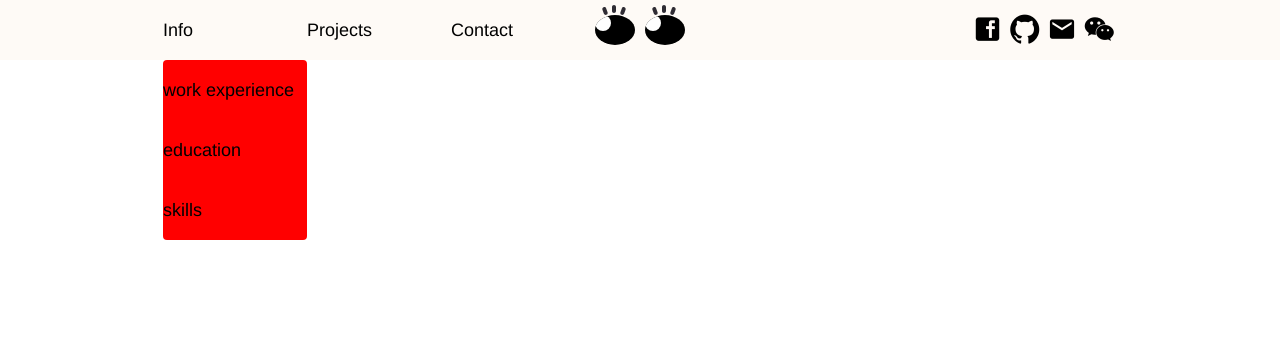
Repository: jinghuai8092/personal_website
Page: /
The author's editor kept a copy of each file at every save. The page is drawn from the files as they stood at one save, then again after the next save.
The browser window is 1280 px wide. The pictures show the whole page.
The project was rebuilt for these pictures with package versions that can differ from the ones it lists, and the page was loaded fresh each time.

Above is the page before, as saved 2021-09-09 22:31:09.

### src/index.js
import React from 'react';
import ReactDOM from 'react-dom';
import App from './App';
import reportWebVitals from './reportWebVitals';
import './reset.css';
import './style.module.css';
import './status/iconFont/iconFont.module.css';

ReactDOM.render(
  <React.StrictMode>
    <App />
  </React.StrictMode>,
  document.getElementById('root')
);

// If you want to start measuring performance in your app, pass a function
// to log results (for example: reportWebVitals(console.log))
// or send to an analytics endpoint. Learn more: https://bit.ly/CRA-vitals
reportWebVitals();

### src/App.js
import Header from "./common/header";

function App() {
  return (
    <Header></Header>
  );
}

export default App;

### src/style.module.css
:global(.positionRelative){
    position: relative;
}

### src/status/iconFont/iconFont.module.css
@font-face {
    font-family: 'iconfont';
    src: url('./iconfont.woff2?t=1631239155577') format('woff2'),
         url('./iconfont.woff?t=1631239155577') format('woff'),
         url('./iconfont.ttf?t=1631239155577') format('truetype');
  }
  :global(.iconfont) {
    font-family: "iconfont" !important;
    font-size: 16px;
    font-style: normal;
    -webkit-font-smoothing: antialiased;
    -moz-osx-font-smoothing: grayscale;
  }

### src/common/header/index.js
import React, { PureComponent } from 'react';
import styles from './header.module.css'
import classNames from 'classnames';


class Header extends PureComponent {
    render() {
        return (
            <div className={styles.header}>
                <nav className={styles.nav}>
                    <ul className={styles.ul}>
                        <li className={styles.li}>Info
                            <div className={styles.infoMenu}>
                                <ul>
                                    <li>work experience</li>
                                    <li>education</li>
                                    <li>skills</li>
                                </ul>
                            </div>
                        </li>
                        <li className={styles.li}>Projects</li>
                        <li className={styles.li}>Contact</li>
                        <li className='positionRelative'>
                            <div className={classNames(styles.eyes, styles.eyesLeft)} >
                                <span className={styles.circle}></span>
                            </div>
                            <span className={classNames(styles.lash, styles.lashLeft)}></span>
                        </li>
                        <li className='positionRelative'>
                            <div className={classNames(styles.eyes, styles.eyesRight)} >
                                <span className={styles.circle}></span>
                            </div>
                            <span className={classNames(styles.lash, styles.lashRight)}></span>
                        </li>
                        <li className={styles.li}></li>
                        <li className={styles.li}></li>
                        <li className={styles.li}>
                            <span className={classNames('iconfont', styles.iconfont)}>&#xe68c; </span>
                            <span className={classNames('iconfont', styles.iconfont)}>&#xea0b; </span>
                            <span className={classNames('iconfont', styles.iconfont)}>&#xe634; </span>
                            <span className={classNames('iconfont', styles.iconfont)}>&#xe6ca; </span>
                        </li>

                    </ul>


                </nav >
            </div>
        )
    }
}

export default Header;

### src/common/header/header.module.css
.header{
    position: fixed;
    width: 100%;
    z-index:999;
    background-color: #fefaf6;
}
.nav{
    max-width: 1600px;
    width: 100%;
    margin:0 auto;
    position: relative;
    display: block;
}
.ul{
    margin: 0 auto;
    list-style-type: none;
    display: flex;
    padding: 0;
    max-width: 90%;
    box-sizing: border-box;
    align-items: center;
    justify-content: center;
    margin:0 auto;
    font-family: Biotif-Regular,Helvetica Neue,Helvetica,Arial,sans-serif;
    font-size: 18px;
}
.li{
    display: list-item;
    height: 60px;
    line-height: 60px;
    width: 12.5%;
}

.eyes{
    background: black;
    width: 40px;
    height: 30px;
    border-radius: 50%;
    overflow: hidden;
    position: relative;
}
.eyesLeft{
    margin-right: 5px;
}
.eyesRight{
    margin-left: 5px;

}
.circle{
    background-color: white;
    width: 16px;
    height: 16px;
    border-radius: 50%;
    position:relative;
    transform: rotate(0deg);
    display: flex;
    transform-origin: 25px 15px;
}
.lash{
    background-image: url(../../status/images/header/lash.svg);
    position:absolute;
    width: 24px;
    height: 10px;
    top: -10px;
    left:7px;
}
.lashRight{
    margin-left:5px;
}
.lashLeft{
    margin-right: 5px;
}
.iconfont{
    font-size: 29px!important;
    margin-right: 1px;
}
.infoMenu{
    pointer-events: none;
    opacity: 1;
    position: relative;
    z-index: 10000;
    background-color: red;
    border-radius: 4px;
}

Loaded but not shown: public/index.html (common file); src/reportWebVitals.js (common file); src/reset.css (common file)

After the next save:
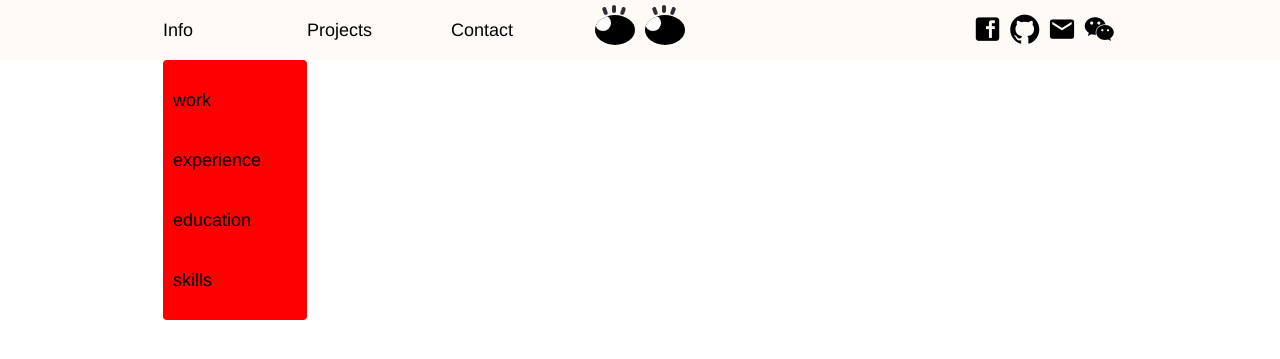
Saved 34 s later.
--- a/src/common/header/header.module.css
+++ b/src/common/header/header.module.css
@@ -82,3 +82,6 @@
     background-color: red;
     border-radius: 4px;
 }
+.infoMenu > ul{
+    padding: 10px;
+}
